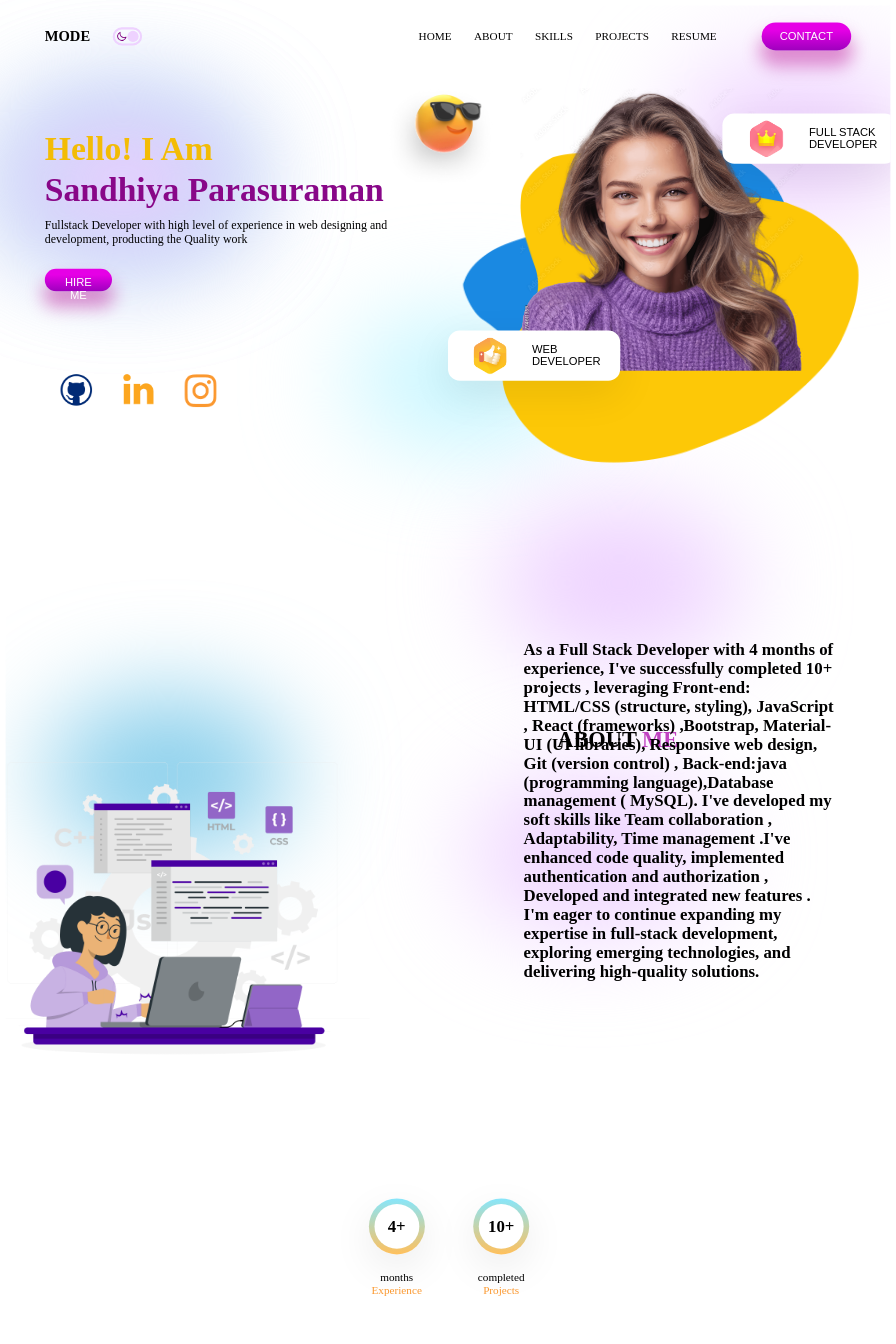
Repository: glorysandy/Protfolio
Page: /
An editor plug-in stored every save of this project. The page is shown before and after the next save, followed by the edit.
The browser window is 1280 px wide. The pictures show the part of the page from y = 0 to 1920 px (the page is 4881 px tall), at 70% of full size.
The project was rebuilt for these pictures with package versions that can differ from the ones it lists, and the page was loaded fresh each time. Imported but missing from the stored project, and not drawn on this page: src/components/Services/SANDHIYA.P (RESUME).pdf.

Above is the page before, as saved 2024-10-16 21:48:32.

### src/components/Navbar/Navbar.jsx
import React from "react";
import Toggle from "../Toggle/Toggle";
import "./Navbar.css";
import { Link } from "react-scroll";
const navbar = () => {
  return (
    <div className="n-wrapper" id="Navbar">
      {/* left */}
      <div className="n-left">
        <div className="n-name">MODE</div>
        <Toggle />
      </div>
      {/* right */}
      <div className="n-right">
        <div className="n-list">
          <ul style={{ listStyleType: "none" }}>
            <li>
              <Link activeClass="active" to="Navbar" spy={true} smooth={true}>
                HOME
              </Link>
            </li>
            <li>
              <Link to="testimonial" spy={true} smooth={true}>
                ABOUT
              </Link>
            </li>
            <li>
              <Link to="works" spy={true} smooth={true}>
                SKILLS
              </Link>
            </li>
            <li>
              <Link to="portfolio" spy={true} smooth={true}>
                PROJECTS
              </Link>
            </li>
            <li>
              <Link to=" services" spy={true} smooth={true}>
                RESUME
              </Link>
            </li>
          </ul>
        </div>
        <Link to="contact" spy={true} smooth={true}>
        <button className="button n-button">CONTACT</button>
        </Link>
      </div>
    </div>
  );
};

export default navbar;

### src/components/Testimonials/Testimonial.jsx
import React from "react";
import "./Testimonial.css";
import back from  "../../img/Hand coding-rafiki.png";

const Testimonial = () => {

  return (
    <div className="t-wrapper" id="testimonial">
      <div className="t-heading" style={{marginLeft:"95vh" ,marginTop:"35vh"}}>
        <span>ABOUT </span>
        <span>ME </span>
      <div className="blur t-blur1" style={{ background: "var(--purple)" }}></div>
      <div className="blur t-blur2" style={{ background: "skyblue" }}></div>
      <div className="blur t-blur3" style={{ background: "voilet" }}></div>
       <div className="t-back"  >
       <img
          src={back}
          alt=""
        />
</div> <div className="t-sen" style={{fontSize:"1.5rem",fontWeight: "7rem",  position: "absolute", marginTop: "-100vh" ,marginLeft: "-48px",marginRight: "18px"
}}> <span>As a Full Stack Developer with 4 months of experience, I've   successfully completed 10+ projects , leveraging Front-end:  HTML/CSS (structure, styling), JavaScript , React (frameworks) ,Bootstrap, Material-UI (UI libraries), Responsive web design, Git (version control)
, Back-end:java (programming language),Database management ( MySQL). I've developed my soft skills like Team collaboration , Adaptability, Time management .I've enhanced code quality, implemented authentication   and authorization
,  Developed and integrated new features
. I'm eager to continue expanding my expertise in full-stack development, exploring emerging technologies, and delivering high-quality solutions.</span></div> </div>

<div className="head"> <span> ABOUT ME</span></div>

    <div className="dup">
    <span>As a Full Stack Developer with 4 months of experience, I've   successfully completed 10+ projects , leveraging Front-end:  HTML/CSS (structure, styling), JavaScript , React (frameworks) ,Bootstrap, Material-UI (UI libraries), Responsive web design, Git (version control)
, Back-end:java (programming language),Database management ( MySQL). I've developed my soft skills like Team collaboration , Adaptability, Time management .I've enhanced code quality, implemented authentication   and authorization
,  Developed and integrated new features
. I'm eager to continue expanding my expertise in full-stack development, exploring emerging technologies, and delivering high-quality solutions.</span>


      </div>

       </div>

  );
};

export default Testimonial;

### src/components/Experience/Experience.jsx
import React, { useContext } from "react";
import { themeContext } from "../../Context";
import "./Experience.css";
const Experience = () => {
  const theme = useContext(themeContext);
  const darkMode = theme.state.darkMode;

  return (
    <div className="experience" id='experience'>
      <div className="achievement">
        {/* darkMode */}
        <div className="circle" style={{color: darkMode?'var(--orange)':''}}>4+</div>
        <span  style={{color: darkMode?'white':''}}>months </span>
        <span>Experience</span>
      </div>
      <div className="achievement">
        <div className="circle" style={{color: darkMode?'var(--orange)':''}}>10+</div>
        <span  style={{color: darkMode?'white':''}}>completed </span>
        <span>Projects</span>
      </div>
    </div>
  );
};

export default Experience;

### src/components/Portfolio/Portfolio.jsx
import React, { useContext } from "react";
import "./Portfolio.css";
import { Swiper, SwiperSlide } from "swiper/react"
import "swiper/css";
import pro from "../../img/pro 1 copy.jpg";
import pro2 from "../../img/pro2.jpg";
import HOC from "../../img/hoc.png";
import pro3 from "../../img/pro3.jpg";
import { themeContext } from "../../Context";

const Portfolio = () => {
  const theme = useContext(themeContext);
  const config ={
    social:{
      pro1:'https://project-1-nerolac.vercel.app/',
      pro2:'https://rock-paper-scissors-phi-puce.vercel.app/',
      pro3:'https://sliding-puzzle-jade.vercel.app/',
    }
}

  const darkMode = theme.state.darkMode;
  return (
    <div className="portfolio" id="portfolio">
            <div className="blur t-blur2" style={{ background: "skyblue" }}></div>
      <div className="blur t-blur2" style={{ background: "voilet" }}></div>

      {/* heading */}
      <span style={{color: darkMode?'white': ''}}>Recent Projects</span>
      <span>Portfolio</span>



      {/* slider */}
      <Swiper
        spaceBetween={30}
        slidesPerView={3}
        grabCursor={true}
        className="portfolio-slider"
      ><div className="silde">


        <SwiperSlide>
          <div >
       <a href={config.social.pro1}  ><img src={pro} alt="" /></a>
          </div>
        </SwiperSlide>
        <SwiperSlide>
          <div>
          <a href={config.social.pro2}  ><img src={pro2} alt="" /></a>
          </div>
        </SwiperSlide>
        <SwiperSlide>
        <div>
        <a href={config.social.pro3}  ><img src={pro3} alt="" /></a>
        </div>
        </SwiperSlide>
        <SwiperSlide>
          <div>

          </div>
          <img src={HOC} alt="" />
        </SwiperSlide></div>
      </Swiper>

    </div>
  );
};

export default Portfolio;

### src/components/Contact/Contact.jsx
import React, { useContext, useRef, useState } from "react";
import "./Contact.css";
import emailjs from '@emailjs/browser';
import { themeContext } from "../../Context";

const Contact = () => {
  const theme = useContext(themeContext);
  const darkMode = theme.state.darkMode;
  const form = useRef();
  const [done, setDone] = useState(false)
  const sendEmail = (e) => {
    e.preventDefault();

    emailjs
      .sendForm(
        "service_y60teja",
        "template_4kj4n7i",
        form.current,
        "ORKOyUiaYznGkr2zZ"
      )
      .then(
        (result) => {
          console.log(result.text);
          setDone(true);
          form.reset();
        },
        (error) => {
          console.log(error.text);
        }
      );
  };

  return (
    <div className="contact-form" id="contact">
      {/* left side copy and paste from work section */}

      <div className="w-left">
        <div className="awesome">
          {/* darkMode */}
          <span style={{color: darkMode?'white': ''}}>Get in Touch</span>
          <span style={{color:"purple"}}>Contact me</span>
          <div
            className="blur s-blur1"
            style={{ background: "#ABF1FF94" }}
          ></div>
        </div>
      </div>
      {/* right side form */}
      <div className="c-right">
        <form ref={form} onSubmit={sendEmail}>
          <input type="text" name="user_name" className="user"  placeholder="NAME"/>
          <input type="email" name="user_email" className="user" placeholder="EMAIL"/>
          <textarea name="message" className="user" placeholder="MESSAGE"/>
          <input type="submit" value="Send" className="button"/>
          <span className="c-t">{done && "Thanks for Contacting me"}</span>
          <div
            className="blur c-blur1"
            style={{ background: "var(--purple)" }}
          ></div>
        </form>
      </div>
      </div>

  );
};

export default Contact;

### src/components/Footer/Footer.jsx
import React from "react";
import "./Footer.css";
import Git from "../../img/git3.png";
import ins from "../../img/mylink.png";
import end from "../../img/end.png";
import wave2 from "../../img/AdobeStock_559187959 copy.png";

const Footer = () => {

  const config ={
    social:{
      Github:'https://github.com/glorysandy',
      LinkedIn:'https://www.linkedin.com/in/sandhiya-parasuraman-822719298/',

    }
}


  return (
    <div className="footer">
     <img src={wave2} alt="" style={{ width: "100%", height: "80%",  marginTop:"-2vh"}} />

     <div className="blur t-blur1" style={{ background: "var(--purple)" }}></div>
      <div className="blur t-blur2" style={{ background: "var(--purple)" }}></div>
      <div className="f-content"  >
        <div>        <span > EMAIL ID: samuve0842@gmail.com</span> <br></br> <br></br> <br></br>
        <span>PHONE NO: 9043545860</span>
        </div>
        <div className="f-back"  >
       <img
          src={end}
          alt=""
        />
        </div>

        <div className="f-icons" >

          <a href={config.social.LinkedIn} ><img src={ins} alt="" /></a>
          <a href={config.social.Github}><img src={Git} alt=""/></a>
        </div>

      </div>
      </div>
  );
};

export default Footer;

### src/components/Toggle/Toggle.jsx
import React, { useContext } from "react";
import "./Toggle.css";
import Moon from "@iconscout/react-unicons/icons/uil-moon";
import Sun from "@iconscout/react-unicons/icons/uil-sun";
import { themeContext } from "../../Context";

const Toggle = () => {
  const theme = useContext(themeContext);
  const darkMode = theme.state.darkMode;
  const handleClick = () => {
    // debugger
    theme.dispatch({ type: "toggle" });
  };
  return (
    <div className="toggle" onClick={handleClick}>
      <Moon />
      <Sun />
      {/*                              toggle.css mein left ki property aik assign hy ussy delete
                                          krna hy pehly */}
      <div
        className="t-button"
        style={darkMode ? { left: "2px" } : { right: "2px" }}
      ></div>
    </div>
  );
};

export default Toggle;

### src/components/Navbar/Navbar.css
.n-wrapper {
  height: 10vh;
  display: flex;
  justify-content: space-between;
  margin-bottom: 2rem;
  top: 0;
}
.n-left {
  flex: 1;
  align-items: center;
  justify-content: left;
  display: flex;
  gap: 2rem;

}
.n-name {
  font-size: 1.3rem;
  font-weight: bold;
}
.n-right {
  flex: 1;
  display: flex;
  align-items: center;
  justify-content: flex-end;
  font-weight: 400;

}
.n-right :hover{
  color: rgb(165, 0, 137);


}
.n-list {
  flex: 10;
}
.n-list > ul {
  display: flex;
  gap: 2rem;
  margin-right: 4rem;
}

.n-list > ul :hover {
  color: var(--orange);
  cursor: pointer;


}

.n-button {
  flex: 2;

}

@media screen and (max-width: 480px) {
  .n-list {
    display: none;
  }
}

### src/components/Intro/Intro.css
.Intro {
  display: flex;
  height: 77vh;
  margin-top: 6rem;
}

/* left side styling */
.i-left {
  display: flex;
  position: relative;
  flex: 1;
  flex-direction: column;
  gap: 2rem;
}
.i-name {
  display: flex;
  flex-direction: column;
  gap: 0.25rem;
}
.i-name > :nth-child(1) {
  color: rgb(243, 188, 6);
  font-weight: bold;
  font-size: 3rem;
}
.i-name > :nth-child(2) {
  color: rgb(136, 7, 136);

  font-weight: bold;
  font-size: 3rem;
}
.i-name > :nth-child(3) {
  font-weight: 100;
  font-size: 17px;
  color: var(--gray);
  margin-top: 10px;
}
.i-button {
  width: 6rem;
  height: 2rem;

}
.i-button:hover{
  color: rgb(121, 1, 101);
  background-color: rgb(226, 80, 255);
  box-shadow: 0 0 20px rgb(255, 53, 238);

}
.i-icons {
  margin-top: 3rem;
  display: flex;
  gap: 0rem;
}
.i-icons > * {
  transform: scale(0.5);
}
.i-icons > *:hover {
  cursor: pointer;
  color: rgb(121, 1, 101);
  background-color: rgb(226, 80, 255);
  box-shadow: 0 0 20px rgb(255, 53, 238);


}
/* right side styling */
.i-right {
  flex: 1;
  position: relative;
}
.i-right > * {
  position: absolute;
  z-index: 1;
}
.i-right > :nth-child(1) {
  transform: scale(0.69);
  left: -15%;
  top: -9%;
}
.i-right > :nth-child(2) {
  top: -4.6rem;
  transform: scale(0.67);
  left: -3rem;
}
.i-right > :nth-child(3) {
  transform: scale(1.4);
  width: 18rem;
  height: 18rem;
  left: 28%;
}
.i-right > :nth-child(4) {
  transform: scale(0.62);
  top: -19%;
  left: -24%;
  border-radius: 50%;
  padding: 0;
}

/* blur */
.blur {
  position: absolute;
  width: 22rem;
  height: 14rem;
  border-radius: 50%;
  background: #edd0ff;
  filter: blur(212px);
  z-index: -9;
  top: -18%;
  left: 56%;
  filter: blur(72px);
}

@media screen and (max-width: 480px) {
  .Intro {
    flex-direction: column;
    gap: 7rem;
    height: 64rem;
  }

  .i-right {
    transform: scale(0.8);
    left: -3rem;
  }
  .i-right .blur {
    display: none;
  }
  .floating-div:nth-of-type(1){
    /* display: none; */
    top: -7rem !important;;
  }
}

### src/components/Testimonials/Testimonial.css
.t-wrapper{
    padding:  0 3rem 0 3rem;;
    height: 100vh;
    display: flex;
    align-items: center;
    justify-content: center;
    margin-top: 7rem;
    flex-direction: column;
    gap: 2rem;
    position: relative;


}
.t-heading{
    align-self: start;

}
.t-heading>*{
    font-size: 2rem;
    font-weight: bold;

}
.t-heading span:nth-of-type(2){
    color: rgba(170, 0, 170, 0.733);
}
.head{
    margin-left: -90vh;
    margin-top: -1rem;
    font-size: 20vh;
    color: purple;
    font-weight: bold;
    display: none;
}
.t-blur1{
    left: 38rem;
    top: 16rem;
}
.t-blur2{
    top: 9rem;
    left: 0;
}
.t-back{
    display: flex;
    position: relative;
    width: 35rem;
    height:35rem;
    left:-115vh;
    top:-3rem;
}
.t-sen{
font-size:1.6rem;
font-family: 'Times New Roman', Times, serif;
}
.t-sen:hover{
cursor: pointer;
color: rgb(121, 1, 101);
box-shadow: 0 0 20px rgb(255, 53, 238);
padding: 0.7rem;
border-radius: 5px;
}
.dup{
    display: none;

}
.dup{
    cursor: pointer;
    color: rgb(121, 1, 101);
    box-shadow: 0 0 20px rgb(255, 53, 238);
    padding: 0.7rem;
    border-radius: 5px;

}
@media screen and (max-width: 480px) {

    .t-back{
        flex-direction: column;
        transform: scale(0.6);
        margin-left:  -115px;
        gap:5rem;
        height: 64rem;
        margin-top: -70vh;
        position: relative;
    }
    .head{
        margin-top: -300vh;
        display: flex;
        margin-left: -20px;
    font-size: 20rem;
    font-weight: bolder;
    }
    .dup  {

        display: flex;
        margin-top: 4vh;
        transform: scale(1.0);
        border: 5px solid purple;
        color: black;
        width: 65vh;
        justify-content: start;
    }
    .c-t{
        transform: scale(0.7);
        margin-top: -2rem;
    }
}

### src/components/Experience/Experience.css
.experience {
  display: flex;
  align-items: center;
  justify-content: center;
  gap: 5rem;
  height: 30vh;
  margin-bottom: 8rem;
  /* darkmode */
  color: var(--black);
  margin-top: 15vh;
}
.achievement{
    display: flex;
    flex-direction: column;
    align-items: center;
}
.circle {

    width: 4rem;
    height: 4rem;
    background: white;
    border-radius: 100%;
    position: relative;
    display: flex;
    align-items: center;
    justify-content: center;
    font-size: 1.5rem;
    font-weight: bold;
    margin-bottom: 2rem;
}
.circle::before {
    border-radius: 100%;
    content: '';
    background-image: linear-gradient(to bottom, #87e6fb 0%, #ffc05c 100%);
    top: -8px;
    left: -8px;
    bottom: -8px;
    right: -8px;
    position: absolute;
    z-index:-1;
    box-shadow: var(--boxShadow);
}

.achievement span:nth-of-type(2){
    color: var(--orange);
}


@media screen and (max-width: 480px) {
    .experience{
        transform: scale(0.7);
        margin-top: 7rem;
    }
}

### src/components/Portfolio/Portfolio.css
.portfolio {
  display: flex;
  align-items: center;
  justify-content: center;
  flex-direction: column;
  height: 70vh;
margin-top: 3rem;;
}
/* heading */
.portfolio span:nth-of-type(1) {
  color: var(--black);
  font-size: 2rem;
  font-weight: bold;
}

.portfolio span:nth-of-type(2) {
  color: purple;
  font-size: 2.5rem;
  font-weight: bold;
}

/* slider */
.portfolio .swiper{
    overflow: visible!important;
}

.portfolio-slider {
  margin-top: 6rem;
  width: 100%;
}

.portfolio-slider .swiper-slide {
  width: 20rem;
}
.portfolio img {
  width: 19rem;
  filter: drop-shadow(-12px 15px 13px rgba(0, 0, 0, 0.25));
  border-radius: 19px;
}
.slide{
  cursor: pointer;
  background-color: rgb(1, 12, 22);
}
.s-blur2 {
  left: 14rem;
  top: 8rem;
}

.s-blur1 {
  top: 13rem;
  left: -18rem;
}

### src/components/Services/Services.css
.services {
  padding: 0 3rem 0 3rem;
  display: flex;
  height: 30rem;
  margin-bottom: 8rem;
  margin-top: 5rem;
  margin-bottom: 13rem;
  /* scroll view */
  padding-top: 3rem;
}
/* left side */
.awesome {
  display: flex;
  flex-direction: column;
  position: relative;
  /* gap: 20px; */
}

.awesome > :nth-child(1) {
  color: var(--black);
  font-size: 2.5rem;
  font-weight: bold;
}
.awesome > :nth-child(2) {
  color: purple;
  font-size: 2.5rem;
  font-weight: bold;
}
.awesome > :nth-child(3) {
  color: var(--gray);
  font-size: 14px;
  margin-top: 1rem;
}
.s-back{
  display: flex;
  position: relative;
  height: 80vh;
  width: 80vh;
  margin-left: -130px;
  margin-top: -3rem;
}

.s-button {
  width: 10rem;
  height: 2.4rem;
  margin-top: -0.3rem;
font-weight: 600;
}
/* right sided */
.cards {
  position: relative;
  left: 32vh;
}
.cards > * {
  position: absolute;
}

/* blur */
.s-blur2 {
  left: 14rem;
  top: 8rem;
}

.s-blur1 {
  top: 13rem;
  left: -18rem;
}

@media screen and (max-width: 480px) {
  .services {
    margin-top: 4rem;
    flex-direction: column;
    gap: 5rem;
    height: 66rem;
    padding: 2px;
  }
.s-back{
  transform: scale(0.8);
  padding: 1rem;
}
  .cards {
    display: flex;
    flex-direction: column;
    gap: 17rem;
  }
  .cards > * {
    position: static;
  }
  .s-button{
    justify-content: center;
    margin-left: 4rem;
  }
}

### src/components/Contact/Contact.css
.contact-form{
    padding: 0 3rem 0 3rem;
    display: flex;
    height: 80vh;
    margin-top: 1rem;
      /* scroll */
  padding-top: 3rem;
}


.c-right{
    display: flex;
    justify-content: center;
    position: relative;
    flex: 1;
}

.c-right>form
{
    display: flex;
    flex-direction: column;
    gap: 2rem;
    align-items: center;

}

.c-right .user{
    width: 20rem;
    height: 2rem;
    padding: 0.3em;
    outline: none;
    border: 4px solid purple;
    border-radius: 8px;
    font-size: 16px;

}

.user:hover{
    border: 4px solid purple ;
    background-color: rgb(245, 194, 255);
    box-shadow: 0 0 20px rgb(255, 170, 248);
cursor: pointer;
}
textarea{
    height: 4rem!important;
}

.c-blur1{
    top: 1rem;
    left: 8rem;
}

@media screen and (max-width: 480px) {
    .contact-form{
        padding: 1rem;
        flex-direction: column;
        gap: 5rem;
        height: 40rem;
        margin-top: 20rem;
    }
    .c-right .user{
        width: 16rem;
    }

}

### src/components/Footer/Footer.css
.footer {
  display: flex;
  align-items: center;
  margin: -0.5rem -3.5rem;
  position: relative;
  margin-top: -7rem;

}

.f-content {
  position: absolute;
  display: flex;
  align-items: center;
  justify-content: center;
  flex-direction: column;
  width: 100%;
  margin-top: 2rem;
  gap: 4rem;
  color: rgb(143, 0, 143);
  font-weight: 700;
  font-size: 10rem;
}
.f-ip{
  display: flex;
  position: relative;
  width: 5rem;
  height:5rem;

}
.f-icons {
  display: flex;
  gap: 2rem;
  margin-top: -3rem;
  margin-left: -60px;
}
.f-icons:hover{
color:rgb(254, 255, 176);
cursor: pointer;
}
.f-back{
  position: absolute;
  margin-left: -120vh;
  margin-top: -6rem;
}
@media screen and (max-width: 480px){
  .footer{
    margin-top: -8rem;
  }
  .f-content{
    transform: scale(.5);
    margin-left: 20px;
    margin-top: -0.5rem;


  }
  .f-back{
    transform: scale(0.65);
   margin-left: -570px;
  }
}

### src/components/Toggle/Toggle.css
.toggle{
    display: flex;
    justify-content:space-between;
    border: 3px solid var(--purple);
    border-radius: 1rem;
    position: relative;
    padding: 2px;
    cursor: pointer;

}
.toggle>*{
    width: 1rem;
    height: 1rem;
    color: purple;
}
.t-button{
    border-radius: 100%;
    background: var(--purple );
    position: absolute;
}
.t-button:hover{
    background: linear-gradient(180deg, #e600e6 26.71%, #9f00be 99.36%);
    box-shadow: 0px 20px 24px 3px rgba(184, 0, 144, 0.42);

}

### src/components/Card/Card.css
.card {
  width: 10rem;
  height: 13rem;
  position: absolute;
  display: flex;
  flex-direction: column;
  gap: 1rem;
  align-items: center;
  width: 10rem;
  text-align: center;
  background: rgba(255, 255, 255, 0.26);
  border: 8px solid rgba(150, 0, 150, 0.815);
  box-shadow: var(--boxShadow);
  border-radius: 20px;
  padding: 0px 26px 2rem 26px;
}
.card span:nth-of-type(2) {
  color: var(--gray);
  font-size: 16px;
}
.card > img {
  transform: scale(0.6);
  margin-bottom: -2rem;
}
.c-button {
    background: #FFFFFF;
    box-shadow: 0px 19px 60px rgba(0, 0, 0, 0.08);
    border-radius: 7px;
    border: none;
    padding: 10px;
    font-size: 16px;
    color: #5290FD;
}

.c-button:hover{
    transform: scale(1.1);
    cursor: pointer;
}
/* cards */




@media screen and (max-width: 480px){
  .card{
    width: 240px;
    margin-left: -140px;
    justify-content: center;
    padding: 1 rem;
  }
}

Loaded but not shown: public/index.html (common file); src/index.js (common file); src/App.js (common file); src/Context.js (common file); src/App.css (common file); src/components/FloatingDiv/FloatingDiv.jsx (common file); src/components/Card/Card.jsx (common file); src/components/FloatingDiv/FloatingDiv.css (common file); src/components/Intro/Intro.jsx (109 lines, source omitted); src/components/Works/Works.jsx (95 lines, source omitted); src/components/Services/Services.jsx (95 lines, source omitted); src/components/Works/Works.css (150 lines, source omitted)

After the next save:
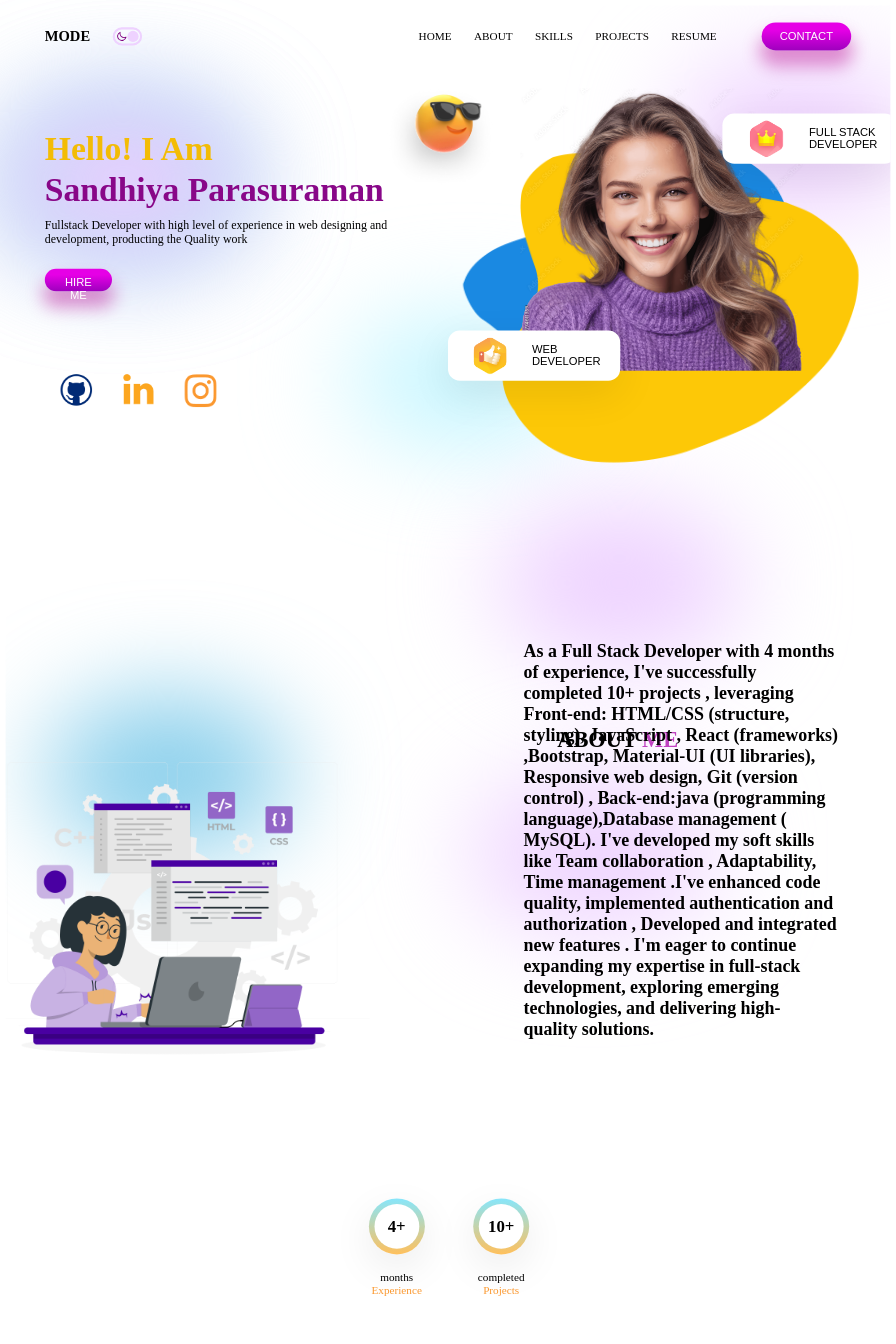
Saved 12 s later.
--- a/src/components/Testimonials/Testimonial.jsx
+++ b/src/components/Testimonials/Testimonial.jsx
@@ -17,7 +17,7 @@ const Testimonial = () => {
           src={back}
           alt=""
         />
-</div> <div className="t-sen" style={{fontSize:"1.5rem",fontWeight: "7rem",  position: "absolute", marginTop: "-100vh" ,marginLeft: "-48px",marginRight: "18px"
+</div> <div className="t-sen" style={{fontSize:"1.6rem",fontWeight: "7rem",  position: "absolute", marginTop: "-100vh" ,marginLeft: "-48px",marginRight: "18px"
 }}> <span>As a Full Stack Developer with 4 months of experience, I've   successfully completed 10+ projects , leveraging Front-end:  HTML/CSS (structure, styling), JavaScript , React (frameworks) ,Bootstrap, Material-UI (UI libraries), Responsive web design, Git (version control)
 , Back-end:java (programming language),Database management ( MySQL). I've developed my soft skills like Team collaboration , Adaptability, Time management .I've enhanced code quality, implemented authentication   and authorization
 ,  Developed and integrated new features
